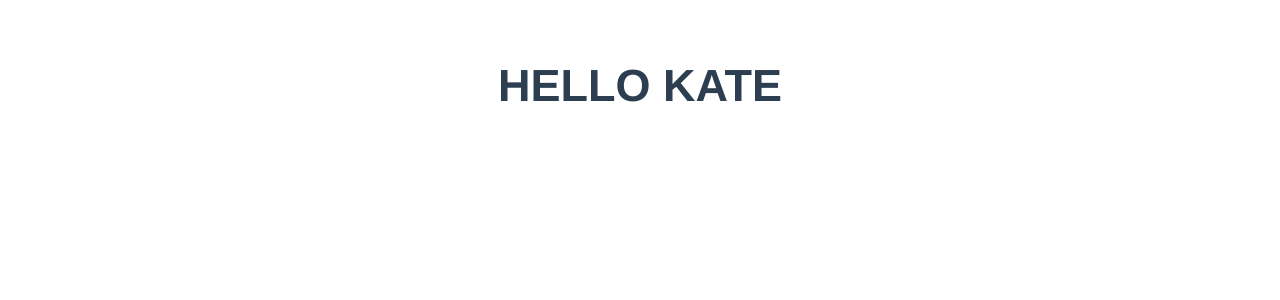
Repository: kate30980/incometracker
Page: /
These files come from the project's save history. The page is drawn as it stood at one moment and after the next save; the edit follows.
The browser window is 1280 px wide. The pictures show the whole page.
The project was rebuilt for these pictures with package versions that can differ from the ones it lists, and the page was loaded fresh each time.

Above is the page before, as saved 2021-08-23 16:29:10.

After the next save:
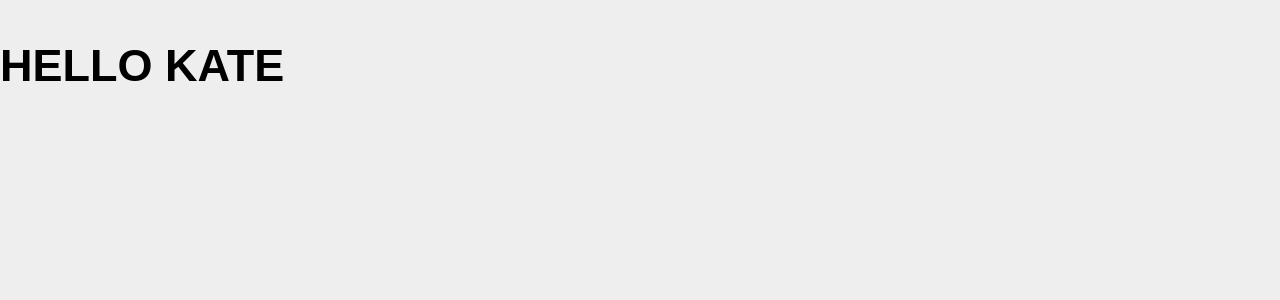
Saved 3 min 7 s later.
--- a/src/App.vue
+++ b/src/App.vue
@@ -14,12 +14,13 @@ export default {
 </script>
 
 <style>
-#app {
-  font-family: Avenir, Helvetica, Arial, sans-serif;
-  -webkit-font-smoothing: antialiased;
-  -moz-osx-font-smoothing: grayscale;
-  text-align: center;
-  color: #2c3e50;
-  margin-top: 60px;
+*{
+  margin: 0;
+  padding: 0;
+  box-sizing: border-box;
+  font-family: 'Fira Sans', sans-serif;
+}
+body{
+  background-color: #EEE
 }
 </style>
